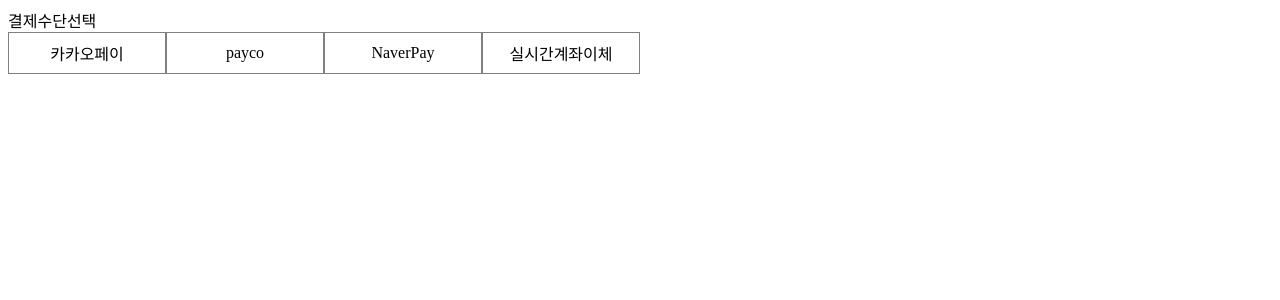
Repository: seungsu12/carrot
Page: http://localhost/carrot/orderform_third.jsp
These files come from the project's save history. The page is drawn as it stood at one moment and after the next save; the edit follows.
The browser window is 1280 px wide. The pictures show the whole page.
The page is served by Tomcat 9.

Above is the page before, as saved 2021-10-03 06:38:05.

After the next save:
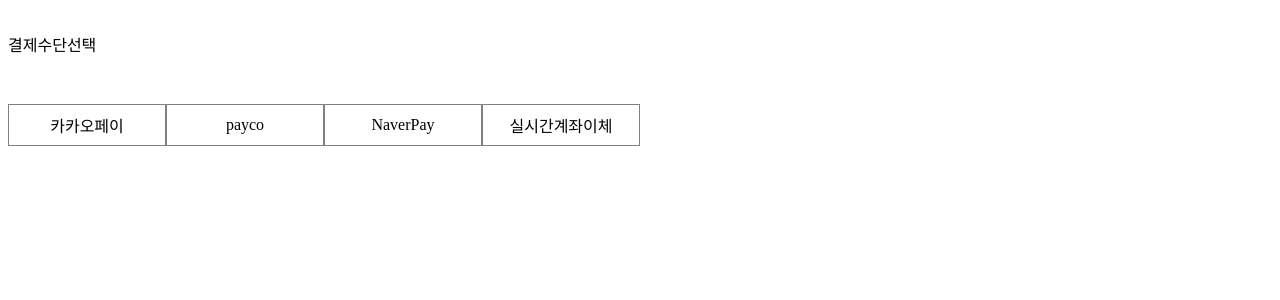
Saved 39 s later.
--- a/carrot/WebContent/orderform_third.jsp
+++ b/carrot/WebContent/orderform_third.jsp
@@ -4,7 +4,13 @@
 <html>
 <style>
 
+	.order_form_third_title{
+		margin-top : 2rem;
+		margin-bottom : 2rem;
+	}
+
 	.pay_list{
+		margin-top : 3rem;
 		display : flex;
 		width : 50%;
 	}
